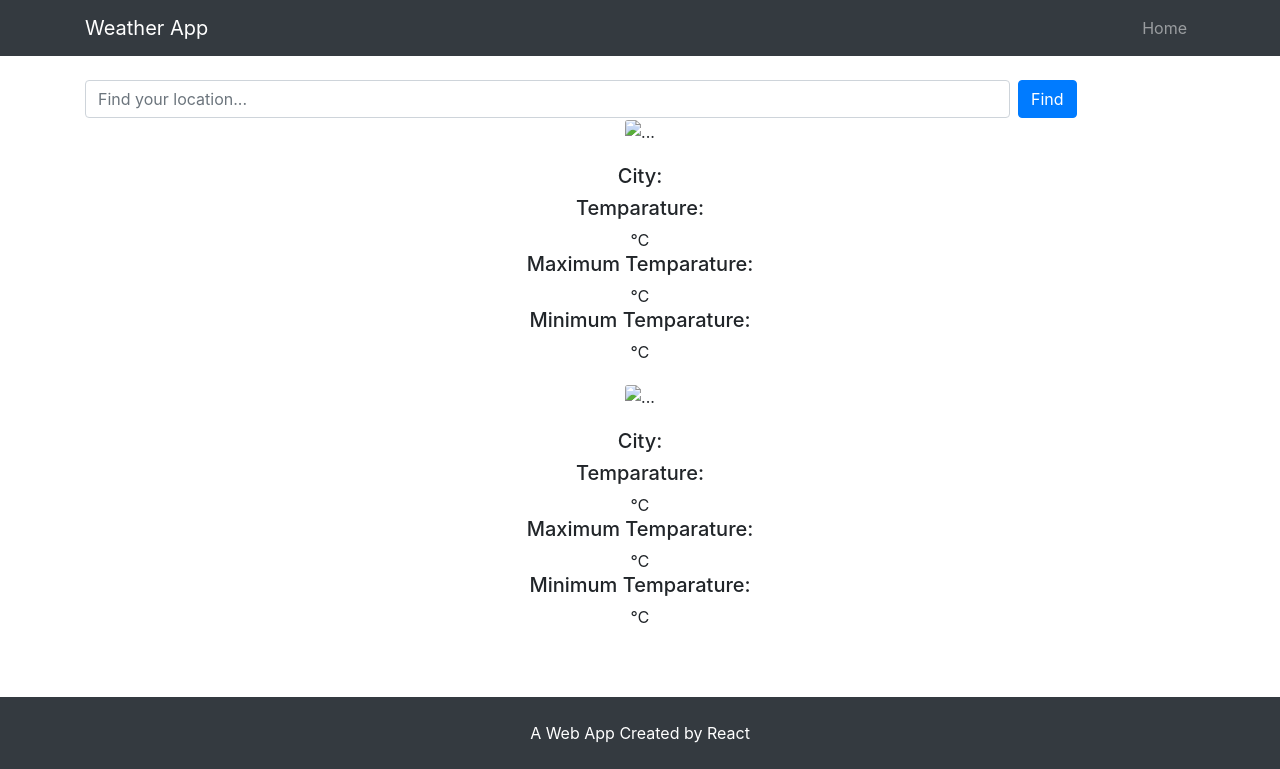
Repository: smk87/weather-app-react
Page: /
The author's editor kept a copy of each file at every save. The page is drawn from the files as they stood at one save, then again after the next save.
The browser window is 1280 px wide. The pictures show the whole page.
The page's requests for data from a server got no answer. Some web libraries are served in a nearby version. The project was rebuilt for these pictures with package versions that can differ from the ones it lists, and the page was loaded fresh each time. A package was used in the major version that the imports need, not the one package.json lists. No one was signed in, and anything a server would have sent is missing.

Above is the page before, as saved 2019-02-06 17:51:44.

### public/index.html
<!DOCTYPE html>
<html lang="en">
  <head>
    <meta charset="utf-8" />
    <link rel="shortcut icon" href="%PUBLIC_URL%/favicon.ico" />
    <meta
      name="viewport"
      content="width=device-width, initial-scale=1, shrink-to-fit=no"
    />
    <meta name="theme-color" content="#000000" />
    <!--
      manifest.json provides metadata used when your web app is added to the
      homescreen on Android. See https://developers.google.com/web/fundamentals/web-app-manifest/
    -->
    <link rel="manifest" href="%PUBLIC_URL%/manifest.json" />
    <link
      rel="stylesheet"
      href="https://stackpath.bootstrapcdn.com/bootstrap/4.2.1/css/bootstrap.min.css"
      integrity="sha384-GJzZqFGwb1QTTN6wy59ffF1BuGJpLSa9DkKMp0DgiMDm4iYMj70gZWKYbI706tWS"
      crossorigin="anonymous"
    />
    <script
      defer
      src="https://use.fontawesome.com/releases/v5.6.3/js/all.js"
      integrity="sha384-EIHISlAOj4zgYieurP0SdoiBYfGJKkgWedPHH4jCzpCXLmzVsw1ouK59MuUtP4a1"
      crossorigin="anonymous"
    ></script>
    <!--
      Notice the use of %PUBLIC_URL% in the tags above.
      It will be replaced with the URL of the `public` folder during the build.
      Only files inside the `public` folder can be referenced from the HTML.

      Unlike "/favicon.ico" or "favicon.ico", "%PUBLIC_URL%/favicon.ico" will
      work correctly both with client-side routing and a non-root public URL.
      Learn how to configure a non-root public URL by running `npm run build`.
    -->
    <title>React App</title>
  </head>
  <body>
    <noscript>You need to enable JavaScript to run this app.</noscript>
    <div id="root"></div>
    <!--
      This HTML file is a template.
      If you open it directly in the browser, you will see an empty page.

      You can add webfonts, meta tags, or analytics to this file.
      The build step will place the bundled scripts into the <body> tag.

      To begin the development, run `npm start` or `yarn start`.
      To create a production bundle, use `npm run build` or `yarn build`.
    -->

    <script
      src="https://code.jquery.com/jquery-3.3.1.slim.min.js"
      integrity="sha384-q8i/X+965DzO0rT7abK41JStQIAqVgRVzpbzo5smXKp4YfRvH+8abtTE1Pi6jizo"
      crossorigin="anonymous"
    ></script>
    <script
      src="https://cdnjs.cloudflare.com/ajax/libs/popper.js/1.14.6/umd/popper.min.js"
      integrity="sha384-wHAiFfRlMFy6i5SRaxvfOCifBUQy1xHdJ/yoi7FRNXMRBu5WHdZYu1hA6ZOblgut"
      crossorigin="anonymous"
    ></script>
    <script
      src="https://stackpath.bootstrapcdn.com/bootstrap/4.2.1/js/bootstrap.min.js"
      integrity="sha384-B0UglyR+jN6CkvvICOB2joaf5I4l3gm9GU6Hc1og6Ls7i6U/mkkaduKaBhlAXv9k"
      crossorigin="anonymous"
    ></script>
  </body>
</html>

### src/App.js
import React, { Component } from "react";
import { BrowserRouter as Router, Route, Switch } from "react-router-dom";
import logo from "./logo.svg";
import "./App.css";

//Import Layout Components
import NavBar from "./components/NavBar";
import Footer from "./components/Footer";
import Home from "./components/Home";

class App extends Component {
  render() {
    return (
      <Router>
        <div className="App">
          <NavBar />
          <Route exact path="/" component={Home} />
          <Footer />
        </div>
      </Router>
    );
  }
}

export default App;

### src/components/NavBar.js
import React, { Component } from "react";
import { Link } from "react-router-dom";

export default class NavBar extends Component {
  render() {
    return (
      <div>
        <nav className="navbar navbar-expand-sm navbar-dark bg-dark mb-4">
          <div className="container">
            <Link className="navbar-brand" to="/">
              Weather App
            </Link>
            <button
              className="navbar-toggler"
              type="button"
              data-toggle="collapse"
              data-target="#mobile-nav"
            >
              <span className="navbar-toggler-icon" />
            </button>

            <div className="collapse navbar-collapse" id="mobile-nav">
              <ul className="navbar-nav mr-auto" />
              <ul className="navbar-nav ml-auto">
                <li className="nav-item">
                  <Link className="nav-link" to="/">
                    Home
                  </Link>
                </li>
              </ul>
            </div>
          </div>
        </nav>
      </div>
    );
  }
}

### src/components/Footer.js
import React from "react";

export default function Footer() {
  return (
    <footer className="bg-dark text-white mt-5 p-4 text-center">
      A Web App Created by React
    </footer>
  );
}

### src/components/Home.js
import React, { Component } from "react";
import { Link } from "react-router-dom";
import Weather from "./Weather";

export default class Home extends Component {
  constructor() {
    super();

    this.state = {
      search: ""
    };
  }
  onChange = e => {
    this.setState({
      [e.target.name]: e.target.value
    });
  };
  onSubmit = e => {
    e.preventDefault();
    console.log(this.state);
  };

  render() {
    return (
      <div>
        <div className="container">
          <form onSubmit={this.onSubmit} action="#" className="form-inline">
            <input
              type="text"
              name="search"
              className="form-control col-md-10"
              placeholder="Find your location..."
              value={this.state.search}
              onChange={this.onChange}
            />
            <input
              type="submit"
              className="ml-2 btn btn-primary"
              value="Find"
            />
          </form>

          <Weather id="2344116" />
          <Weather id="2344116" />
        </div>
      </div>
    );
  }
}

### src/components/Weather.js
import React, { Component } from "react";
import axios from "axios";

export default class Weather extends Component {
  constructor() {
    super();

    this.state = {
      cityname: "",
      id: "",
      temp: "",
      maxtemp: "",
      mintemp: "",
      logo: ""
    };
  }

  componentWillMount() {
    this.setState({ id: this.props.id });

    const url = `weather/weather.php?command=location&woeid=${this.props.id}`;
    // console.log(url);
    axios
      .get(url) //Used proxy to connect with local wamp server
      .then(res => {
        console.log(res.data);

        switch (res.data.consolidated_weather[0].weather_state_name) {
          case "Snow":
            this.setState({
              logo: "https://www.metaweather.com/static/img/weather/sn.svg"
            });
            break;
          case "Sleet":
            this.setState({
              logo: "https://www.metaweather.com/static/img/weather/sl.svg"
            });
            break;
          case "Hail":
            this.setState({
              logo: "https://www.metaweather.com/static/img/weather/h.svg"
            });
            break;
          case "Thunderstorm":
            this.setState({
              logo: "https://www.metaweather.com/static/img/weather/t.svg"
            });
            break;
          case "Heavy Rain":
            this.setState({
              logo: "https://www.metaweather.com/static/img/weather/hr.svg"
            });
            break;
          case "Light Rain":
            this.setState({
              logo: `https://www.metaweather.com/static/img/weather/lr.svg`
            });
            break;
          case "Showers":
            this.setState({
              logo: "https://www.metaweather.com/static/img/weather/s.svg"
            });
            break;
          case "Heavy Cloud":
            this.setState({
              logo: "https://www.metaweather.com/static/img/weather/hc.svg"
            });
            break;
          case "Light Cloud":
            this.setState({
              logo: "https://www.metaweather.com/static/img/weather/lc.svg"
            });
            break;
          case "Clear":
            this.setState({
              logo: "https://www.metaweather.com/static/img/weather/c.svg"
            });
            break;
        }
        this.setState({
          cityname: res.data.title,
          temp: res.data.consolidated_weather[0].the_temp.toPrecision(3),
          maxtemp: res.data.consolidated_weather[0].max_temp.toPrecision(3),
          mintemp: res.data.consolidated_weather[0].min_temp.toPrecision(3)
        });
      })
      .catch(err => console.log(err));
  }

  render() {
    return (
      <div>
        <div>
          <img src={this.state.logo} className="card-img-top" alt="..." />
        </div>
        <div className="card-body">
          <div className="card-text">
            <h5>City: </h5> {this.state.cityname}
          </div>
          <div className="card-text">
            <h5>Temparature: </h5> {this.state.temp}
            <span>&#8451;</span>
          </div>
          <div className="card-text">
            {" "}
            <h5>Maximum Temparature: </h5> {this.state.maxtemp}
            <span>&#8451;</span>
          </div>
          <div className="card-text">
            {" "}
            <h5>Minimum Temparature: </h5>
            {this.state.mintemp}
            <span>&#8451;</span>
          </div>
        </div>
      </div>
    );
  }
}

Loaded but not shown: src/index.js (common file); src/index.css (common file); src/serviceWorker.js (common file); src/App.css (common file)

After the next save:
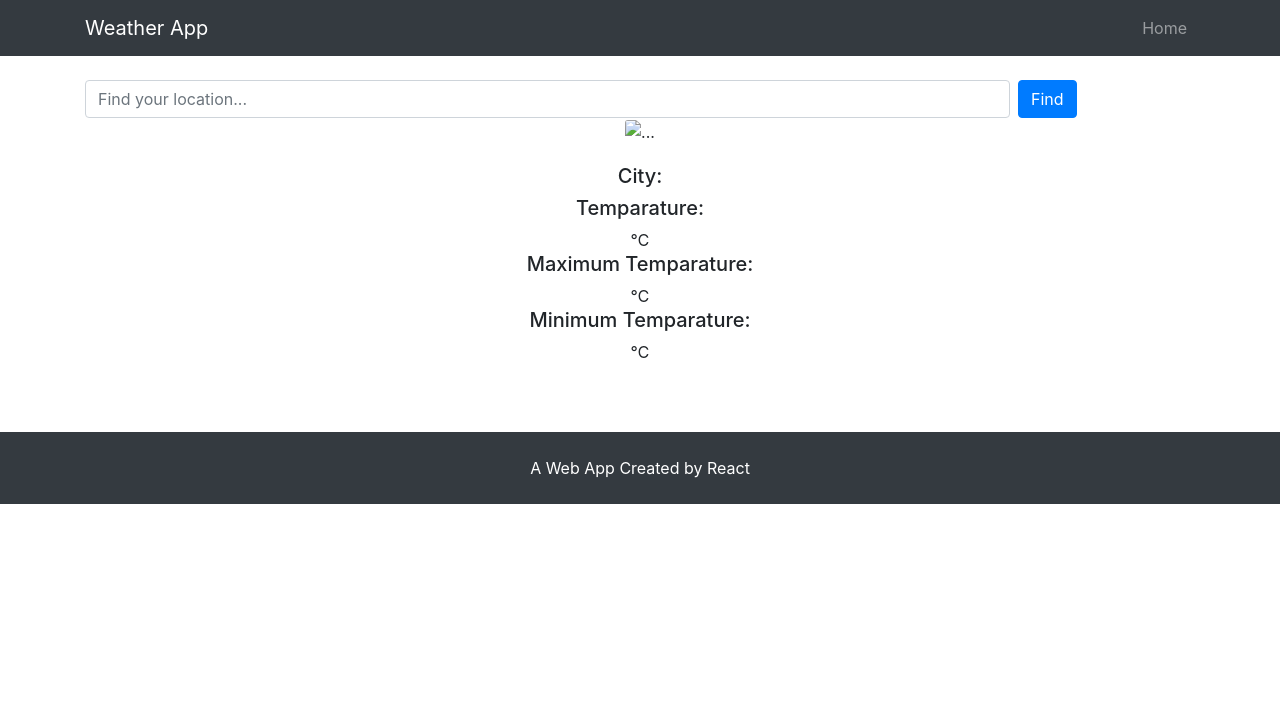
Saved 45 s later.
--- a/src/components/Home.js
+++ b/src/components/Home.js
@@ -39,9 +39,10 @@
               value="Find"
             />
           </form>
-
-          <Weather id="2344116" />
-          <Weather id="2344116" />
+          <span>
+            {" "}
+            <Weather id="2344116" />
+          </span>
         </div>
       </div>
     );

After the save that followed:
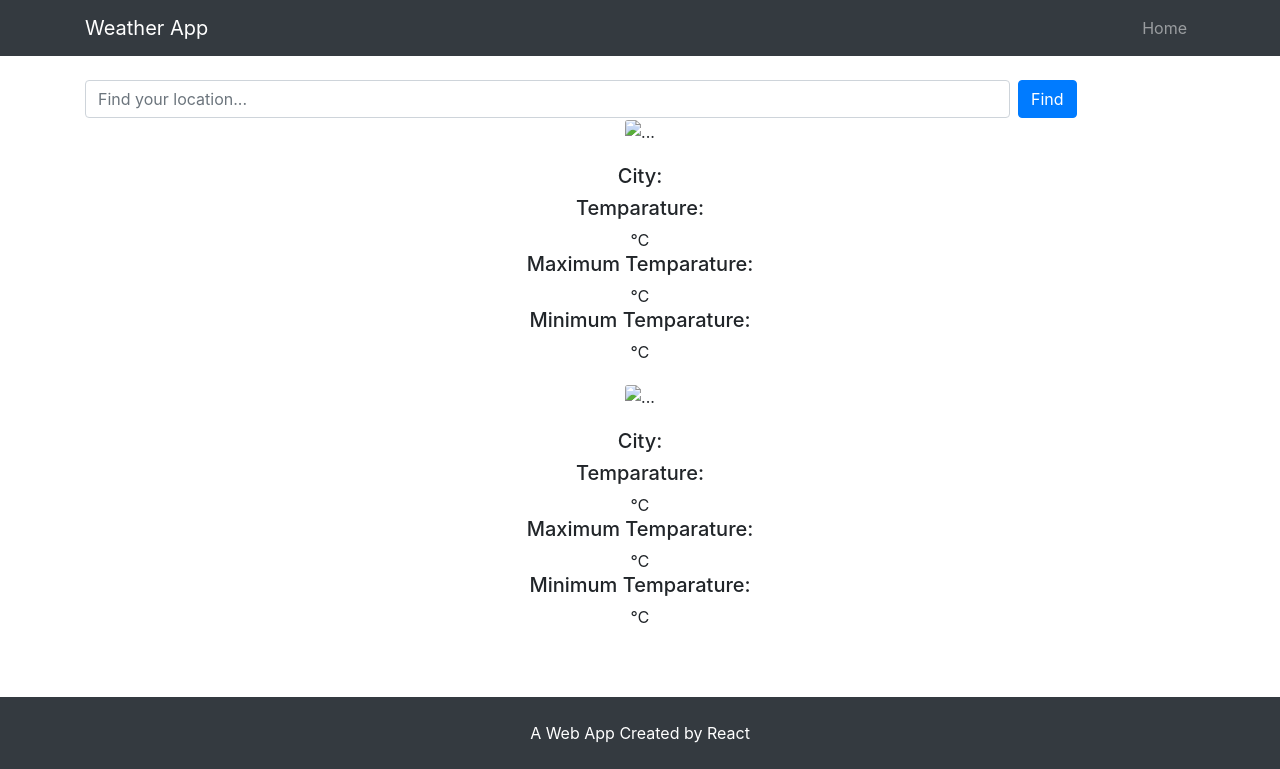
Saved 4 s later.
--- a/src/components/Home.js
+++ b/src/components/Home.js
@@ -41,7 +41,7 @@
           </form>
           <span>
             {" "}
-            <Weather id="2344116" />
+            <Weather id="2344116" /> <Weather id="2344116" />
           </span>
         </div>
       </div>
